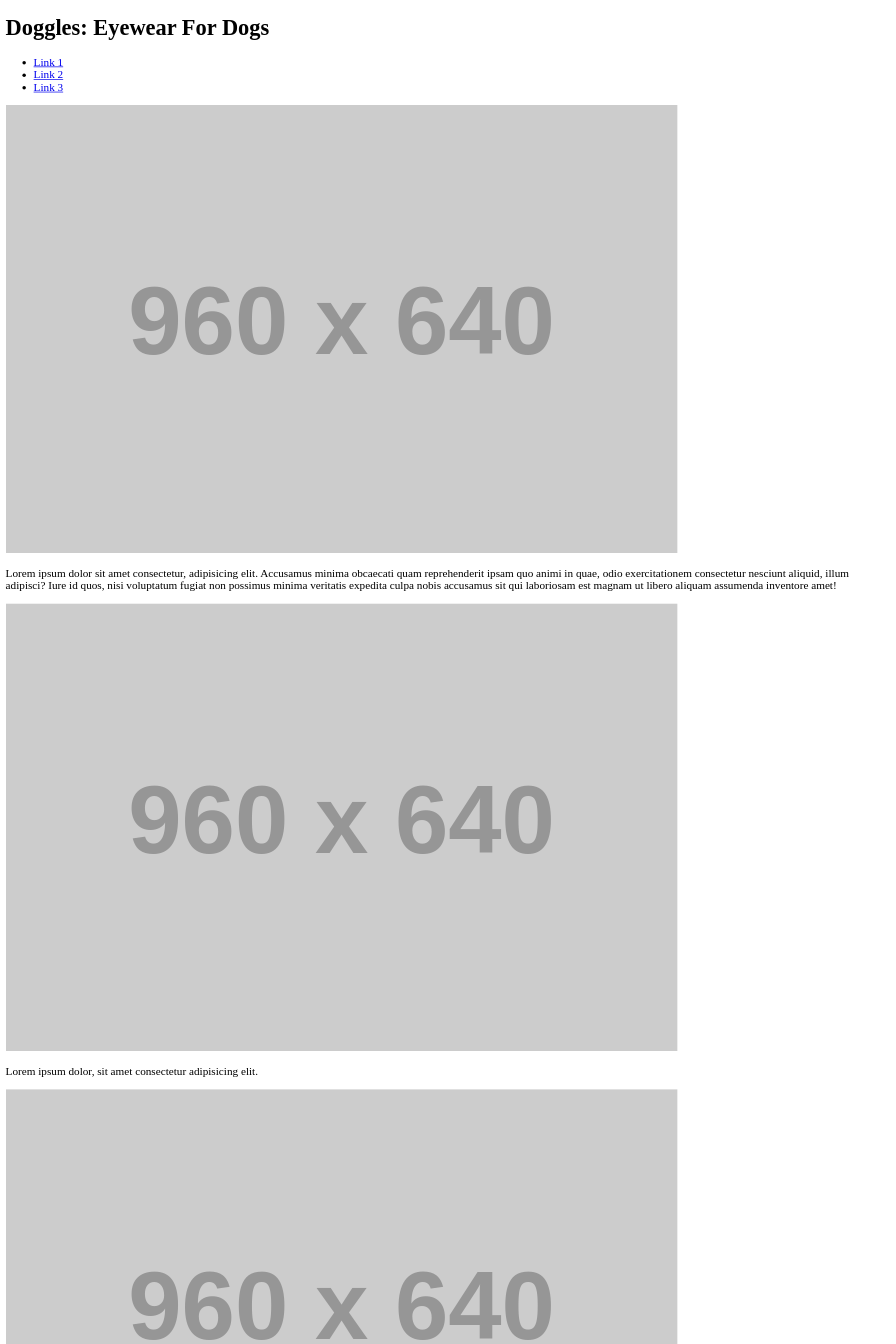
Repository: jamessearle71/wireframe-demo
Page: Projects/index.html
An editor plug-in stored every save of this project. The page is shown before and after the next save, followed by the edit.
The browser window is 1280 px wide. The pictures show the part of the page from y = 0 to 1920 px (the page is 2978 px tall before and 858 px after), at 70% of full size.

Above is the page before, as saved 2023-03-21 18:45:23.

### Projects/index.html
<!DOCTYPE html>
<html lang="en">
<head>
    <meta charset="UTF-8">
    <meta http-equiv="X-UA-Compatible" content="IE=edge">
    <meta name="viewport" content="width=device-width, initial-scale=1.0">
    <title>Document</title>
</head>
<body>
    <header>
        <h1>Doggles: Eyewear For Dogs</h1>
        <nav>
            <ul>
                <li><a href="/">Link 1</a></li>
                <li><a href="/">Link 2</a></li>
                <li><a href="/">Link 3</a></li>
            </ul>
        </nav>
    </header>
    <main>
        <img src="https://via.placeholder.com/960x640.png?text=Doggles:+Eyewear+For+Dogs" alt="Doggles eyewear dogs shop store" />
    <p>Lorem ipsum dolor sit amet consectetur, adipisicing elit. Accusamus minima obcaecati quam reprehenderit ipsam quo animi in quae, odio exercitationem consectetur nesciunt aliquid, illum adipisci? Iure id quos, nisi voluptatum fugiat non possimus minima veritatis expedita culpa nobis accusamus sit qui laboriosam est magnam ut libero aliquam assumenda inventore amet!</p>
    </main>
    <body>
        <section>
            <img src="https://via.placeholder.com/960x640.png?text=Doggles+Pic+1" alt="Doggles 1" />
            <p>Lorem ipsum dolor, sit amet consectetur adipisicing elit.</p>
        </section>
        <section>
            <img src="https://via.placeholder.com/960x640.png?text=Doggles+Pic+2" alt="Doggles 2" />
            <p>Lorem ipsum dolor, sit amet consectetur adipisicing elit.</p>
        </section>
        <section>
            <img src="https://via.placeholder.com/960x640.png?text=Doggles+Pic+3" alt="Doggles 3" />
            <p>Lorem ipsum dolor, sit amet consectetur adipisicing elit.</p>
        </section>
    </body>
    <footers>
<p> Website by James Searle </p>
    </footers>
</html>

After the next save:
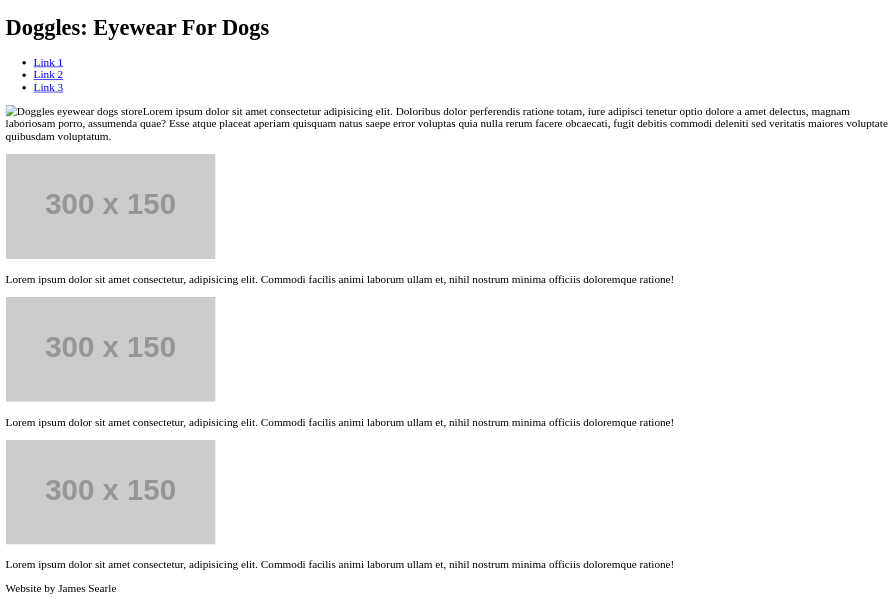
Saved 27 min 4 s later.
--- a/Projects/index.html
+++ b/Projects/index.html
@@ -1,12 +1,10 @@
 <!DOCTYPE html>
 <html lang="en">
-<head>
     <meta charset="UTF-8">
     <meta http-equiv="X-UA-Compatible" content="IE=edge">
     <meta name="viewport" content="width=device-width, initial-scale=1.0">
     <title>Document</title>
-</head>
-<body>
+<head>
     <header>
         <h1>Doggles: Eyewear For Dogs</h1>
         <nav>
@@ -17,25 +15,26 @@
             </ul>
         </nav>
     </header>
-    <main>
-        <img src="https://via.placeholder.com/960x640.png?text=Doggles:+Eyewear+For+Dogs" alt="Doggles eyewear dogs shop store" />
-    <p>Lorem ipsum dolor sit amet consectetur, adipisicing elit. Accusamus minima obcaecati quam reprehenderit ipsam quo animi in quae, odio exercitationem consectetur nesciunt aliquid, illum adipisci? Iure id quos, nisi voluptatum fugiat non possimus minima veritatis expedita culpa nobis accusamus sit qui laboriosam est magnam ut libero aliquam assumenda inventore amet!</p>
-    </main>
-    <body>
-        <section>
-            <img src="https://via.placeholder.com/960x640.png?text=Doggles+Pic+1" alt="Doggles 1" />
-            <p>Lorem ipsum dolor, sit amet consectetur adipisicing elit.</p>
-        </section>
-        <section>
-            <img src="https://via.placeholder.com/960x640.png?text=Doggles+Pic+2" alt="Doggles 2" />
-            <p>Lorem ipsum dolor, sit amet consectetur adipisicing elit.</p>
-        </section>
-        <section>
-            <img src="https://via.placeholder.com/960x640.png?text=Doggles+Pic+3" alt="Doggles 3" />
-            <p>Lorem ipsum dolor, sit amet consectetur adipisicing elit.</p>
-        </section>
-    </body>
-    <footers>
-<p> Website by James Searle </p>
-    </footers>
+<main>
+    <img stc="https://via.placeholder.com/960x640.png?text=Doggles:+Eyewear+For+Dogs" alt="Doggles eyewear dogs store"
+<p>Lorem ipsum dolor sit amet consectetur adipisicing elit. Doloribus dolor perferendis ratione totam, iure adipisci tenetur optio dolore a amet delectus, magnam laboriosam porro, assumenda quae? Esse atque placeat aperiam quisquam natus saepe error voluptas quia nulla rerum facere obcaecati, fugit debitis commodi deleniti sed veritatis maiores voluptate quibusdam voluptatum.</p>
+</main>
+<body>
+<section>
+<img src="https://via.placeholder.com/300x150.png?text=Doggles+pic+1" alt="Doggles 1" />
+<p>Lorem ipsum dolor sit amet consectetur, adipisicing elit. Commodi facilis animi laborum ullam et, nihil nostrum minima officiis doloremque ratione!</p>
+</section>
+<section>
+    <img src="https://via.placeholder.com/300x150.png?text=Doggles+pic+1" alt="Doggles 2" />
+    <p>Lorem ipsum dolor sit amet consectetur, adipisicing elit. Commodi facilis animi laborum ullam et, nihil nostrum minima officiis doloremque ratione!</p>
+    </section>
+    <section>
+        <img src="https://via.placeholder.com/300x150.png?text=Doggles+pic+1" alt="Doggles 3" />
+        <p>Lorem ipsum dolor sit amet consectetur, adipisicing elit. Commodi facilis animi laborum ullam et, nihil nostrum minima officiis doloremque ratione!</p>
+    </section>
+</body>
+<footer>Website by James Searle</footer>
+
+</head>
+
 </html>
